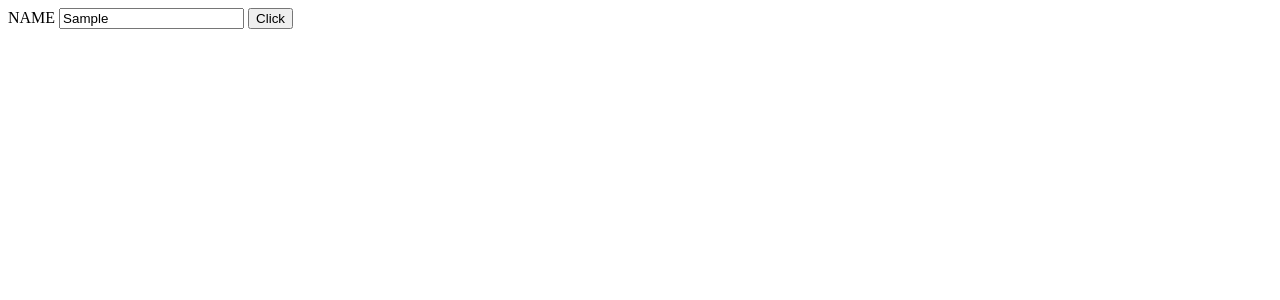
Repository: Padminivittal/Padmini-MWB
Page: MWB Day 2/WebContent/Day 2_Lab1.html
An editor plug-in stored every save of this project. The page is shown before and after a run of saves, followed by the edit.
The browser window is 1280 px wide. The pictures show the whole page.
Empty fields were first filled with sample values (such as "Sample", 5 or name@example.com).
After loading, the first visible `#btnClick` was clicked once.

Above is the page before, as saved 2012-07-21 04:33:36.

After the next 2 saves:
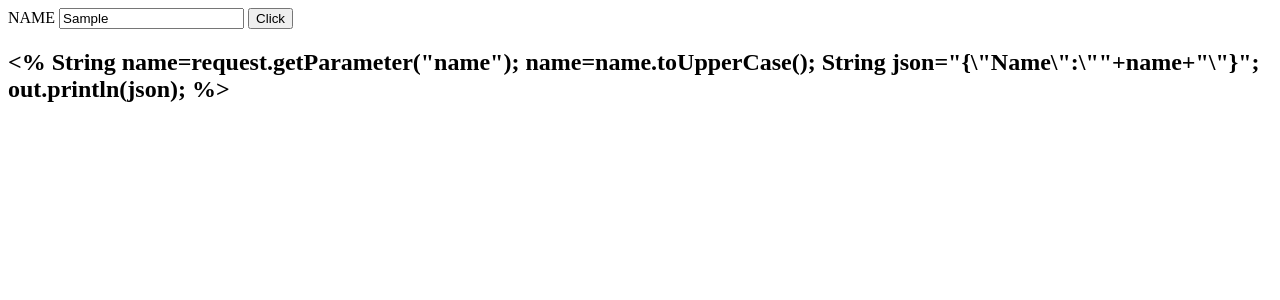
The 2 saves are shown as one change because they came seconds apart.
The last was saved 4 min 6 s later.
--- a/MWB Day 2/WebContent/Day 2_Lab1.html
+++ b/MWB Day 2/WebContent/Day 2_Lab1.html
@@ -7,13 +7,13 @@ function sendAjaxRequest()
 {
 	$.ajax({
 		url:"server.jsp",
-		dataType : "json",
+		//dataType : "json",
 		data:{
 			name:$("nameText").val()
 		},
 
 		success: function (response){
-			$("#resultsH2").text(response.output)
+			$("#resultsH2").text(response)
 		}
 	});
 	}
